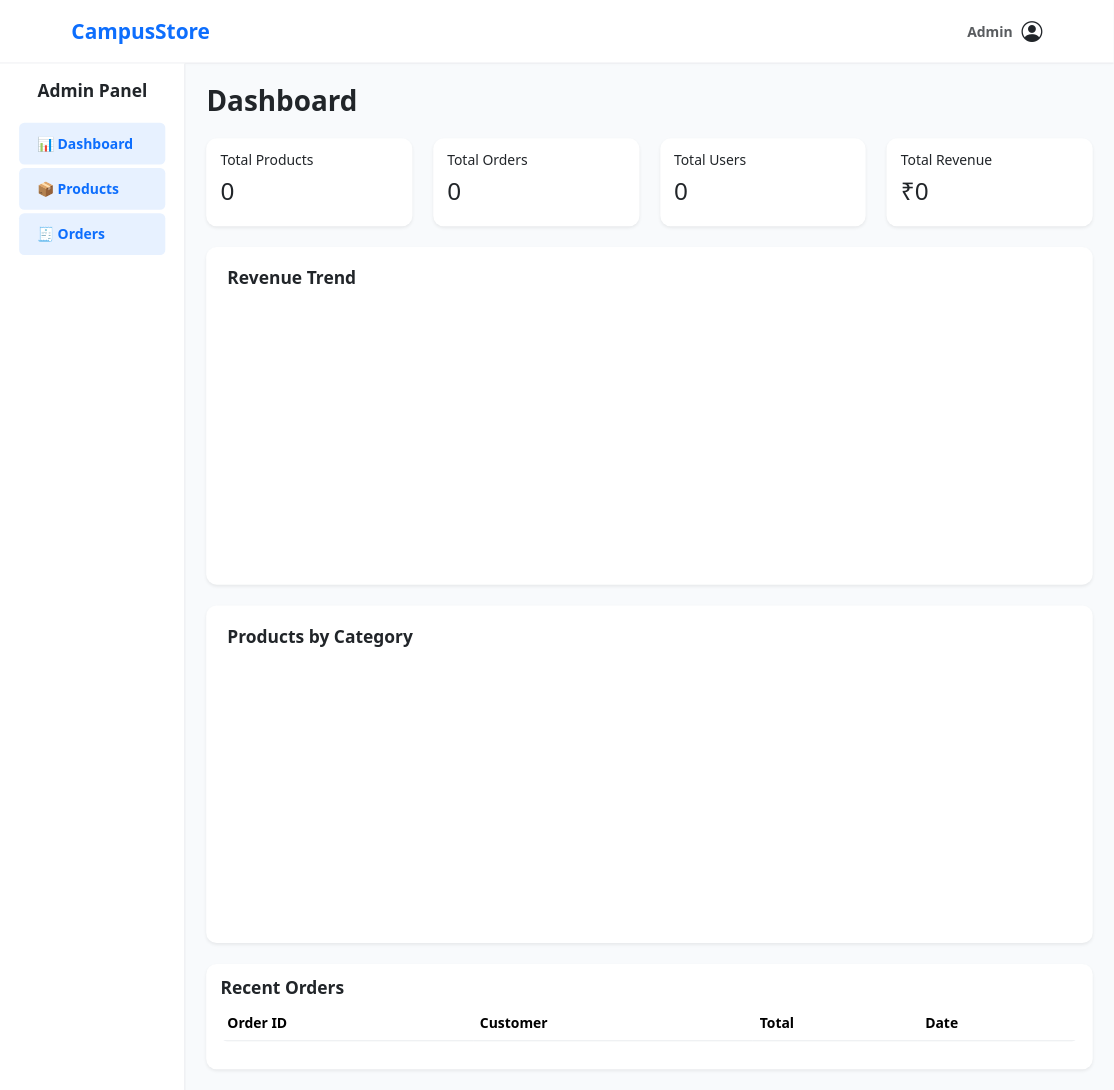
Repository: Kanika0004/CampusStore
Page: admin/dashboard.html
The author's editor kept a copy of each file at every save. The page is drawn from the files as they stood at one save, then again after the next save.
The browser window is 1280 px wide. The pictures show the whole page, at 87% of full size.

Above is the page before, as saved 2026-03-14 00:49:44.
Console error (its wording comes from the project's code and is left out).

### admin/dashboard.html
<!DOCTYPE html>
<html>
<head>

<title>Admin Dashboard</title>

<meta charset="UTF-8">
<meta name="viewport" content="width=device-width, initial-scale=1">

<link href="https://cdn.jsdelivr.net/npm/bootstrap@5.3.8/dist/css/bootstrap.min.css" rel="stylesheet">
<script src="https://cdn.jsdelivr.net/npm/chart.js"></script>
<link href="https://cdn.jsdelivr.net/npm/bootstrap-icons@1.11.3/font/bootstrap-icons.css" rel="stylesheet">
<style>

body {
background: #f8fafc;
}

.sidebar{
background: #ffffff;
border-right: 1px solid #e5e7eb;
min-height: 100vh;
padding-top: 20px;
}

.sidebar h3{
color:#0d6efd;
font-weight:600;
}

.sidebar a{
display:block;
padding:12px 20px;
color:#374151;
text-decoration:none;
font-size:16px;
border-radius:6px;
margin:4px 10px;
}

.sidebar a:hover{
background:#eef2ff;
color:#0d6efd;
}

.sidebar a.active{
background:#e7f1ff;
color:#0d6efd;
font-weight:600;
}

.content{
padding:30px;
}

.card {
border: none;
border-radius: 12px;
transition: transform 0.2s ease, box-shadow 0.2s ease;
}

.card:hover {
transform: translateY(-4px);
box-shadow: 0 10px 25px rgba(0,0,0,0.12);
}

canvas {
max-height: 300px;
}

table {
background: white;
border-radius: 8px;
overflow: hidden;
}

.admin-navbar{
background:white;
padding:18px 0;
border-bottom:1px solid #e5e7eb;
box-shadow:0 1px 4px rgba(0,0,0,0.04);
}

.logo{
font-size:24px;
font-weight:700;
color:#0d6efd;
margin:0;
}

.admin-profile{
display:flex;
align-items:center;
gap:10px;
font-size:16px;
}

</style>
<script src="https://cdn.jsdelivr.net/npm/bootstrap@5.3.2/dist/js/bootstrap.bundle.min.js"></script>
</head>

<body>

<div class="container-fluid">

<div class="row">

<nav class="admin-navbar">

<div class="container d-flex justify-content-between align-items-center">

<h3 class="logo">CampusStore</h3>

<div class="admin-profile">
<span class="text-muted fw-bold">Admin</span>
<i class="bi bi-person-circle fs-4"></i>
</div>

</div>

</nav>

<!-- SIDEBAR -->

<div class="col-md-2 sidebar">

<h5 class="text-center mb-4 fw-bold">Admin Panel</h5>

<a href="dashboard.html" class="active">
📊 Dashboard
</a>

<a href="#" onclick="loadPage('products.html', this)" class="active">
📦 Products
</a>

<a href="#" onclick="loadPage('orders.html', this)" class="active">
🧾 Orders
</a>

</div>



<!-- MAIN CONTENT -->

<div class="col-md-10 p-4" id="main-content">

<h2 class="mb-4 fw-bold">Dashboard</h2>

<!-- STATS CARDS -->

<div class="row g-4 mb-4">

<div class="col-md-3">
<div class="card shadow-sm">
<div class="card-body">
<h6>Total Products</h6>
<h3 id="products">0</h3>
</div>
</div>
</div>

<div class="col-md-3">
<div class="card shadow-sm">
<div class="card-body">
<h6>Total Orders</h6>
<h3 id="orders">0</h3>
</div>
</div>
</div>

<div class="col-md-3">
<div class="card shadow-sm">
<div class="card-body">
<h6>Total Users</h6>
<h3 id="users">0</h3>
</div>
</div>
</div>

<div class="col-md-3">
<div class="card shadow-sm">
<div class="card-body">
<h6>Total Revenue</h6>
<h3 id="revenue">₹0</h3>
</div>
</div>
</div>

</div>

<!-- Revenue Chart -->

<div class="card shadow-sm p-4 mb-4">

<h5 class="mb-3 fw-bold" >Revenue Trend</h5>

<canvas id="salesChart"></canvas>

</div>


<!-- Category Chart -->

<div class="card shadow-sm p-4 mb-4">

<h5 class="mb-3 fw-bold">Products by Category</h5>

<canvas id="categoryChart"></canvas>

</div>



<!-- RECENT ORDERS -->

<div class="card shadow-sm">

<div class="card-body">

<h5 class="fw-bold">Recent Orders</h5>

<table class="table">

<thead>

<tr>
<th>Order ID</th>
<th>Customer</th>
<th>Total</th>
<th>Date</th>
</tr>

</thead>

<tbody id="recentOrders"></tbody>

</table>

</div>

</div>

</div>

</div>

</div>

<script>

fetch("backend/get_dashboard_stats.php")
.then(res=>res.json())
.then(data=>{

document.getElementById("products").innerText=data.products
document.getElementById("orders").innerText=data.orders
document.getElementById("users").innerText=data.users
document.getElementById("revenue").innerText="₹"+data.revenue


let html=""

data.recent_orders.forEach(o=>{

html+=`
<tr>
<td>${o.id}</td>
<td>${o.name}</td>
<td>₹${o.total}</td>
<td>${o.created_at}</td>
</tr>
`

})

document.getElementById("recentOrders").innerHTML=html

// Revenue Chart
const ctx=document.getElementById("salesChart").getContext("2d");

new Chart(ctx,{
type:"line",
data:{
labels:["Today"],
datasets:[{
label:"Revenue",
data:[data.revenue],
borderColor:"#0d6efd",
backgroundColor:"rgba(13,110,253,0.1)",
fill:true,
tension:0.4
}]
}
})

const categoryCtx = document.getElementById("categoryChart").getContext("2d");

new Chart(categoryCtx,{
type:"doughnut",
data:{
labels:["Electronics","Clothing","Accessories","Stationery"],
datasets:[{
data:[8,6,7,4],
backgroundColor:[
"#0d6efd",
"#198754",
"#ffc107",
"#dc3545"
]
}]
}
})

})

function loadPage(page){

fetch(page)

.then(res=>res.text())

.then(data=>{

document.getElementById("main-content").innerHTML = data

// run products loader if products page is opened
if(page === "products.html"){
setTimeout(loadProducts, 100)
}

if(page === "orders.html"){
setTimeout(loadOrders, 100)
}

})
}
</script>

<script src="admin.js"></script>

</body>
</html>

### admin/admin.js
/* LOAD PRODUCTS */

function loadProducts(){

fetch("/campusstore/backend/get_products.php")

.then(res => res.json())

.then(data => {

let html=""

data.forEach(p=>{

html+=`

<tr>

<td>${p.id}</td>

<td>
<img src="/campusstore/public/${p.image}" width="50">
</td>

<td>${p.name}</td>

<td>${p.category}</td>

<td>₹${p.price}</td>

<td>

<button class="btn btn-warning btn-sm" onclick="editProduct(${p.id})">
Edit
</button>

<button class="btn btn-danger btn-sm" onclick="deleteProduct(${p.id})">
Delete
</button>

</td>

</tr>

`

})

document.getElementById("productTable").innerHTML=html

})

}



/* DELETE PRODUCT */

function deleteProduct(id){

if(!confirm("Delete this product?")) return

fetch("/campusstore/admin/backend/delete_product.php",{

method:"POST",

headers:{
"Content-Type":"application/x-www-form-urlencoded"
},

body:"id="+id

})

.then(res=>res.json())
.then(data=>{
if(data.status==="success"){
loadProducts()
}
})

}



/* EDIT PRODUCT */

function editProduct(id){

let name=prompt("Enter new name")
let price=prompt("Enter new price")

fetch("/campusstore/admin/backend/edit_product.php",{

method:"POST",

headers:{
"Content-Type":"application/x-www-form-urlencoded"
},

body:`id=${id}&name=${name}&price=${price}`

})

.then(res=>res.json())
.then(data=>{
if(data.status==="success"){
loadProducts()
}
})

}



/* ADD PRODUCT */

function addProduct(){

let name=document.getElementById("name").value
let price=document.getElementById("price").value
let image=document.getElementById("image").value
let category=document.getElementById("category").value
let subcategory=document.getElementById("subcategory").value

fetch("/campusstore/admin/backend/add_product.php",{

method:"POST",

headers:{
"Content-Type":"application/x-www-form-urlencoded"
},

body:`name=${name}&price=${price}&image=${image}&category=${category}&subcategory=${subcategory}`

})

.then(res=>res.json())
.then(data=>{

if(data.status==="success"){

alert("Product Added")

loadProducts()

}

})

}

let salesChartInstance = null;

function loadSalesChart(){

fetch("/campusstore/backend/get_sales_daywise.php")
.then(res => res.json())
.then(data => {

let labels = []
let revenue = []

data.forEach(row=>{
labels.push(row.day)
revenue.push(row.revenue)
})

// get canvas context
const ctx = document.getElementById("salesChart").getContext("2d")

// destroy old chart if exists
if(salesChartInstance){
salesChartInstance.destroy()
}

salesChartInstance = new Chart(ctx,{

type:"line",

data:{
labels:labels,

datasets:[{
label:"Revenue",
data:revenue,
borderColor:"#0d6efd",
backgroundColor:"rgba(13,110,253,0.15)",
pointBackgroundColor:"#0d6efd",
pointRadius:5,
tension:0.4,
fill:true
}]
},

options:{
responsive:true,

plugins:{
legend:{
display:true,
position:"top"
}
},

scales:{
y:{
beginAtZero:true
}
}

}

})

})

}

function loadCategoryChart(){

fetch("/campusstore/backend/get_category_products.php")

.then(res=>res.json())

.then(data=>{

let labels=[]
let values=[]

data.forEach(row=>{
labels.push(row.category)
values.push(row.total)
})

new Chart(document.getElementById("categoryChart"),{

type:"doughnut",

data:{
labels:labels,

datasets:[{
data:values,

backgroundColor:[
"#0d6efd",
"#20c997",
"#ffc107",
"#dc3545",
"#6f42c1"
]
}]
},

options:{
plugins:{
legend:{
position:"bottom"
}
}
}

})

})

}

function loadOrders(){

fetch("/campusstore/backend/get_orders.php")

.then(res=>res.json())

.then(data=>{

let html=""

data.forEach(o=>{

html+=`

<tr>

<td>${o.id}</td>

<td>${o.name}</td>

<td>₹${o.total}</td>

<td>${o.payment_method}</td>

<td>

<select class="form-select form-select-sm"
onchange="updateStatus(${o.id}, this.value)">

<option ${o.status=="Pending"?"selected":""}>Pending</option>
<option ${o.status=="Processing"?"selected":""}>Processing</option>
<option ${o.status=="Shipped"?"selected":""}>Shipped</option>
<option ${o.status=="Delivered"?"selected":""}>Delivered</option>

</select>

</td>

<td>${o.created_at}</td>

<td>
<button class="btn btn-sm btn-primary"
onclick="viewOrder(${o.id})">
View
</button>
</td>

</tr>
`
})

document.getElementById("ordersTable").innerHTML=html

})

}

function searchOrders(){

let input=document.getElementById("searchOrders").value.toLowerCase()
let rows=document.querySelectorAll("#ordersTable tr")

rows.forEach(row=>{

let id=row.cells[0].innerText.toLowerCase()
let user=row.cells[1].innerText.toLowerCase()

if(id.includes(input) || user.includes(input)){
row.style.display=""
}else{
row.style.display="none"
}

})

}

function updateStatus(id,status){

fetch("/campusstore/backend/update_order_status.php",{

method:"POST",

headers:{
"Content-Type":"application/x-www-form-urlencoded"
},

body:`id=${id}&status=${status}`

})
.then(res=>res.json())
.then(data=>{

if(data.status==="success"){
alert("Status updated")
}

})

}

function viewOrder(id){

fetch(`/campusstore/backend/get_order_details.php?id=${id}`)

.then(res=>res.json())

.then(data=>{

let html=`

<p><strong>Order ID:</strong> ${data.id}</p>

<p><strong>Customer:</strong> ${data.name}</p>

<p><strong>Email:</strong> ${data.email}</p>

<p><strong>Address:</strong> ${data.address}</p>

<p><strong>Total:</strong> ₹${data.total}</p>

<p><strong>Payment:</strong> ${data.payment_method}</p>

`

document.getElementById("orderDetails").innerHTML=html

new bootstrap.Modal(document.getElementById("orderModal")).show()

})

}



/* LOAD CUSTOMERS */

function loadCustomers(){

fetch("/campusstore/admin/backend/get_customers.php")

.then(res=>res.json())

.then(data=>{

let html=""

data.forEach(c=>{

html+=`

<tr>

<td>${c.id}</td>
<td>${c.name}</td>
<td>${c.email}</td>

<td>
<button class="btn btn-primary btn-sm"
onclick="viewCustomerOrders(${c.id})">
View Orders
</button>
</td>

<td>
<button class="btn btn-danger btn-sm"
onclick="deleteCustomer(${c.id})">
Delete
</button>
</td>

</tr>

`

})

document.getElementById("customerTable").innerHTML=html

})

}



/* DELETE CUSTOMER */

function deleteCustomer(id){

if(!confirm("Delete this customer?")) return

fetch("/CampusStore/admin/backend/delete_customer.php",{

method:"POST",

headers:{
"Content-Type":"application/x-www-form-urlencoded"
},

body:"id="+id

})

.then(res=>res.json())
.then(data=>{

if(data.status==="success"){

alert("Customer deleted")
loadCustomers()

}else{

alert(data.message || "Delete failed")

}

})

}



// VIeW CUST ORDERS

function viewCustomerOrders(userId){

fetch(`/CampusStore/admin/backend/get_customer_orders.php?user_id=${userId}`)

.then(res=>res.json())

.then(data=>{

let html=""

if(data.length===0){

html="<p>No orders found</p>"

}else{

data.forEach(o=>{

html+=`

<p>
<strong>Order ID:</strong> ${o.id}<br>
<strong>Total:</strong> ₹${o.total}<br>
<strong>Status:</strong> ${o.status}
</p>

<hr>

`

})

}

document.getElementById("ordersContent").innerHTML=html

new bootstrap.Modal(document.getElementById("ordersModal")).show()

})

}


/* LOAD ENQUIRIES */

function loadEnquiries(){

fetch("/CampusStore/admin/backend/get_enquiries.php")

.then(res=>res.json())

.then(data=>{

let html=""

data.forEach(e=>{

html+=`

<tr>

<td>${e.id}</td>
<td>${e.name}</td>
<td>${e.email}</td>
<td>${e.message}</td>
<td>${e.admin_reply ?? "-"}</td>
<td>${e.status}</td>

<td>

<button class="btn btn-success btn-sm"
onclick="replyEnquiry(${e.id})">
Reply
</button>

<button class="btn btn-danger btn-sm"
onclick="deleteEnquiry(${e.id})">
Delete
</button>

</td>

</tr>

`

})

document.getElementById("enquiryTable").innerHTML = html

})

}

After the next save:
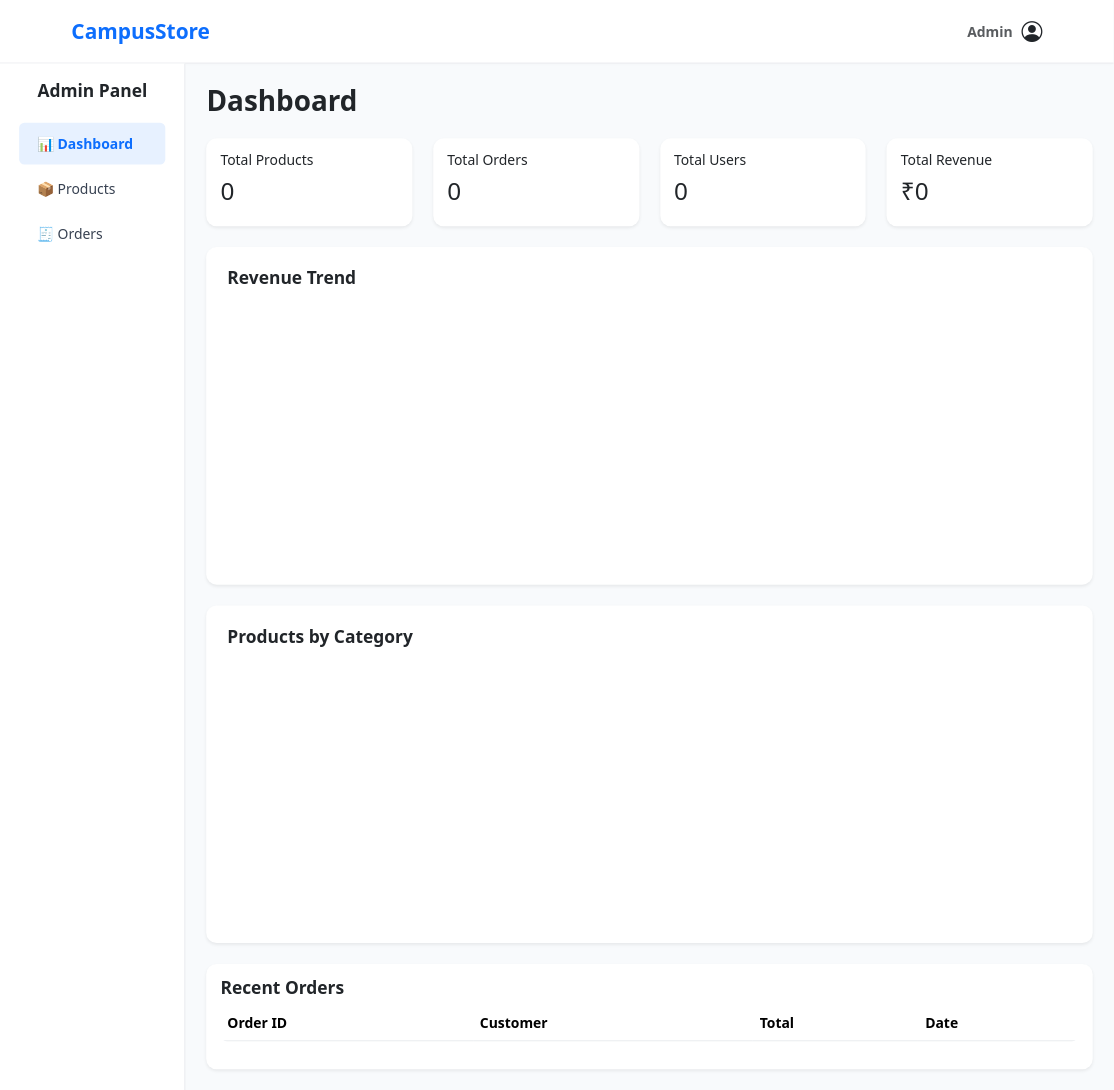
Saved 4 min 35 s later.
--- a/admin/dashboard.html
+++ b/admin/dashboard.html
@@ -130,11 +130,11 @@ font-size:16px;
 📊 Dashboard
 </a>
 
-<a href="#" onclick="loadPage('products.html', this)" class="active">
+<a href="#" onclick="loadPage('products.html', this)">
 📦 Products
 </a>
 
-<a href="#" onclick="loadPage('orders.html', this)" class="active">
+<a href="#" onclick="loadPage('orders.html', this)">
 🧾 Orders
 </a>
 
